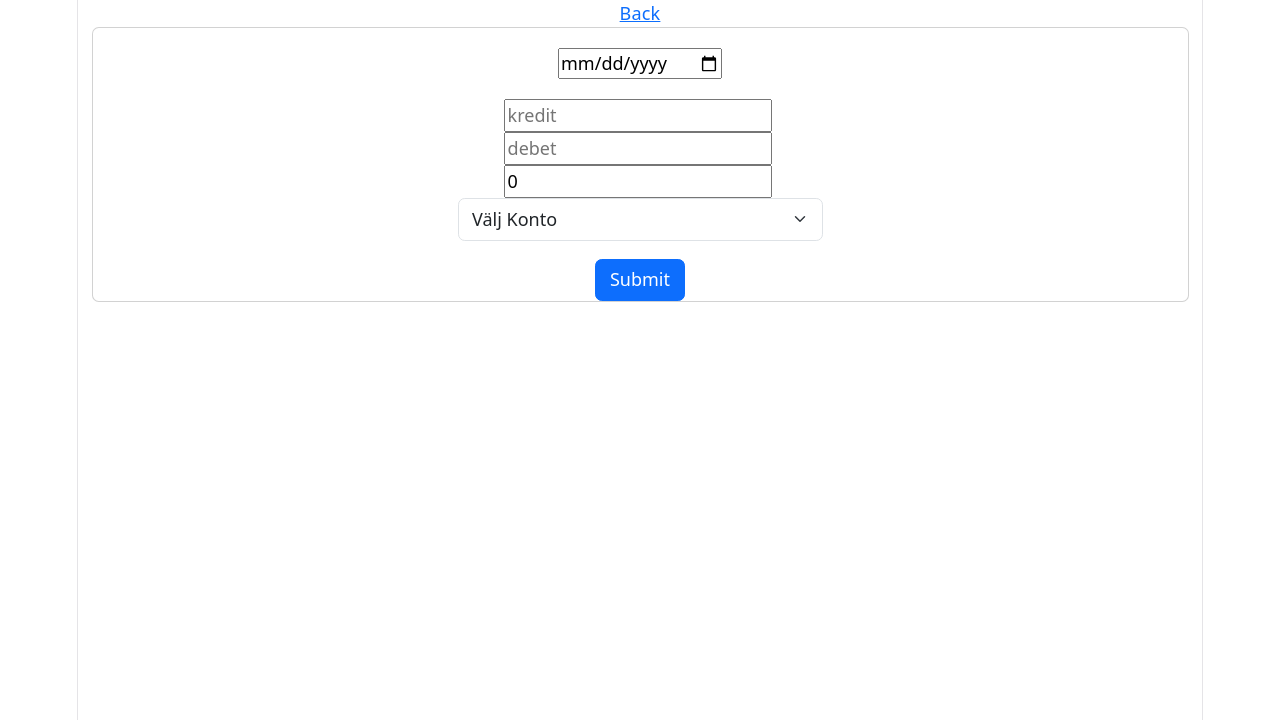
Repository: supply24/kidsaccount
Page: /action
These files come from the project's save history. The page is drawn as it stood at one moment and after the next save; the edit follows.
The browser window is 1280 px wide. The pictures show the whole page.
The page's requests for data from a server got no answer. The project was rebuilt for these pictures with package versions that can differ from the ones it lists, and the page was loaded fresh each time. No one was signed in, and anything a server would have sent is missing. Also part of the build but not shown: vite.config.js, src/App.css, src/App.jsx, src/Homing.jsx, src/Emilia.jsx, src/Alexander.jsx.

Above is the page before, as saved 2026-08-01 05:38:07.

### index.html
<!doctype html>
<html lang="en">
  <head>
    <meta charset="UTF-8" />
    <link rel="icon" type="image/svg+xml" href="/favicon.svg" />
    <meta name="viewport" content="width=device-width, initial-scale=1.0" />
    <title>accounter</title>
    <link
  rel="stylesheet"
  href="https://cdn.jsdelivr.net/npm/bootstrap@5.3.5/dist/css/bootstrap.min.css"
  integrity="sha384-SgOJa3DmI69IUzQ2PVdRZhwQ+dy64/BUtbMJw1MZ8t5HZApcHrRKUc4W0kG879m7"
  crossorigin="anonymous"
/>
  </head>
  <body>
    <div id="root"></div>
    <script type="module" src="/src/main.jsx"></script>
  </body>
</html>

### src/main.jsx
import { StrictMode } from 'react'
import { createRoot } from 'react-dom/client'
import { createBrowserRouter, RouterProvider } from 'react-router-dom'
import './index.css'
import App from './App.jsx'
import Homing from "./Homing.jsx"
import Actions from "./Actions.jsx"
import Emilia from "./Emilia.jsx"
import Alexander from "./Alexander.jsx"

const router = createBrowserRouter ([
{path:"/",
  element:<Homing/>
}  ,
{path:"/action",
  element:<Actions/>
},
{path:"/emlia",
  element:<Emilia/>
},
{path:"/alex",
  element:<Alexander/>
}
])

createRoot(document.getElementById('root')).render(
  <StrictMode>
    <RouterProvider router={router}/>
  </StrictMode>,
)

### src/index.css
:root {
  --text: #6b6375;
  --text-h: #08060d;
  --bg: #fff;
  --border: #e5e4e7;
  --code-bg: #f4f3ec;
  --accent: #aa3bff;
  --accent-bg: rgba(170, 59, 255, 0.1);
  --accent-border: rgba(170, 59, 255, 0.5);
  --social-bg: rgba(244, 243, 236, 0.5);
  --shadow:
    rgba(0, 0, 0, 0.1) 0 10px 15px -3px, rgba(0, 0, 0, 0.05) 0 4px 6px -2px;

  --sans: system-ui, 'Segoe UI', Roboto, sans-serif;
  --heading: system-ui, 'Segoe UI', Roboto, sans-serif;
  --mono: ui-monospace, Consolas, monospace;

  font: 18px/145% var(--sans);
  letter-spacing: 0.18px;
  color-scheme: light dark;
  color: var(--text);
  background: var(--bg);
  font-synthesis: none;
  text-rendering: optimizeLegibility;
  -webkit-font-smoothing: antialiased;
  -moz-osx-font-smoothing: grayscale;

  @media (max-width: 1024px) {
    font-size: 16px;
  }
}

@media (prefers-color-scheme: dark) {
  :root {
    --text: #9ca3af;
    --text-h: #f3f4f6;
    --bg: #16171d;
    --border: #2e303a;
    --code-bg: #1f2028;
    --accent: #c084fc;
    --accent-bg: rgba(192, 132, 252, 0.15);
    --accent-border: rgba(192, 132, 252, 0.5);
    --social-bg: rgba(47, 48, 58, 0.5);
    --shadow:
      rgba(0, 0, 0, 0.4) 0 10px 15px -3px, rgba(0, 0, 0, 0.25) 0 4px 6px -2px;
  }

  #social .button-icon {
    filter: invert(1) brightness(2);
  }
}

body {
  margin: 0;
}

#root {
  width: 1126px;
  max-width: 100%;
  margin: 0 auto;
  text-align: center;
  border-inline: 1px solid var(--border);
  min-height: 100svh;
  display: flex;
  flex-direction: column;
  box-sizing: border-box;
}

h1,
h2 {
  font-family: var(--heading);
  font-weight: 500;
  color: var(--text-h);
}

h1 {
  font-size: 56px;
  letter-spacing: -1.68px;
  margin: 32px 0;
  @media (max-width: 1024px) {
    font-size: 36px;
    margin: 20px 0;
  }
}
h2 {
  font-size: 24px;
  line-height: 118%;
  letter-spacing: -0.24px;
  margin: 0 0 8px;
  @media (max-width: 1024px) {
    font-size: 20px;
  }
}
p {
  margin: 0;
}

code,
.counter {
  font-family: var(--mono);
  display: inline-flex;
  border-radius: 4px;
  color: var(--text-h);
}

code {
  font-size: 15px;
  line-height: 135%;
  padding: 4px 8px;
  background: var(--code-bg);
}

### src/Actions.jsx
import React, {useEffect, useState} from 'react'
import {Col, Row, Button, Form, Container, Card} from "react-bootstrap"
import { createClient } from "@supabase/supabase-js"
import {supabase} from "./data/Export/Supabase.jsx"
import number from "./data/Export/Numbers.jsx"
import {Link} from "react-router-dom"

const Actions = () => {
  const [konto, setKonto]=useState("")
  const [numbers, setNumbers]=useState("")
  const [datetime, setDatetime]=useState("")
  const [kredit, setKredit]=useState("")
  const [debet, setDebet]=useState("")
  const [kontox, setKontox]=useState("")
  const [accounter, setAccounter]=useState("")
  const [ setSumx ]=useState("")

  const handleNumbers =(e)=>{
    setNumbers(e.target.value)
  }

  const handleDatetime=(e)=>{
    setDatetime(e.target.value)
      }

      const handleKredit = (e)=>{
        setKredit(e.target.value)
      }
      const handleDebet = (e)=>{
        setDebet(e.target.value)
      }

      const handleKontox = (e)=>{
        setKontox(e.target.value)
      }
      const handleSumx = (e)=>{
        setSumx(e.target.value)
      }

            const sumx = (debet) - (kredit)

      const payload= [{
    konto :{ kredit, debet, kontox, sumx}, datetime
               }]
      const handleSubmit=async(e)=>{
        e.preventDefault()
          const {data, error} = await supabase.from("Accounting").insert(payload);
          if(error)
            console.error("error yes", error)
            else{
              console.error("konto info", data)
      }}

      useEffect(()=>{
        getCounts()
      },[]
      )

      async function getCounts(){
        const {data, error} = await supabase.from("Accounting").select("*")
        setAccounter(data)
        console.log("konton hämtade", data ? data: "no fetch")
      }

      function Break () {
        return (
          <div style={{marginTop:"20px"}}></div>)
      }



  return (
    <div>
      <Link to="/">Back</Link>

        <Container>



          <Card>
            <Form onSubmit={handleSubmit}>
              <Col md={4} className="mx-auto" style={{marginTop:"20px"}}>
<input type="date" value={datetime} onChange={handleDatetime} /><Break/>
<input type="number" value={kredit} onChange={handleKredit} placeholder='kredit'/>&nbsp;
<input type="number" value={debet} onChange={handleDebet} placeholder='debet'/>&nbsp;
<input type="number" value={sumx} onChange={handleSumx} placeholder='sumx'/>&nbsp;
<Col align="center">
        <Form.Group className="mb-3" controlId="formBasicEmail">
          <Form.Select
          type="dropdown"
          onChange={(e)=>setKontox(e.target.value)}>
            <option value={kontox}>Välj Konto</option>
            {number.map((account)=>(
              <option key={account.id}>{account.kontox}</option>
            ))}
</Form.Select>
        </Form.Group></Col>



        <Button type="submit">Submit</Button></Col>

         </Form> </Card></Container>  </div>
  )
}

export default Actions

### src/data/Export/Supabase.jsx
import React from "react";
import {createClient} from '@supabase/supabase-js'

/*
const supabaseUrl = 'https://rfzavnmxfanengjuapns.supabase.co'
//const supabaseKey = process.env.SUPABASE_KEY
const supabaseKey= "eyJhbGciOiJIUzI1NiIsInR5cCI6IkpXVCJ9.eyJpc3MiOiJzdXBhYmFzZSIsInJlZiI6InJmemF2bm14ZmFuZW5nanVhcG5zIiwicm9sZSI6ImFub24iLCJpYXQiOjE3ODQ3NzUzMzMsImV4cCI6MjEwMDM1MTMzM30.uY-HxfNB9RcQpFpu75w03NXVAMYMurzfTEnpVtIfYG8"
const supabase = createClient(supabaseUrl, supabaseKey)
*/

export const supabase = createClient(
    import.meta.env.VITE_SUPABASE_URL,
    import.meta.env.VITE_SUPABASE_PUBLISHABLE_DEFAULT_KEY
)

### src/data/Export/Numbers.jsx
const number = [
    {id:"101", kontox:"128", debet:"", kredit:""},
    {id:"201", kontox:"199",  debet:"", kredit:""},
       {id:"301", kontox:"112",  debet:"", kredit:""},
           {id:"501", kontox:"562",  debet:"", kredit:""}
]

export default number

After the next save:
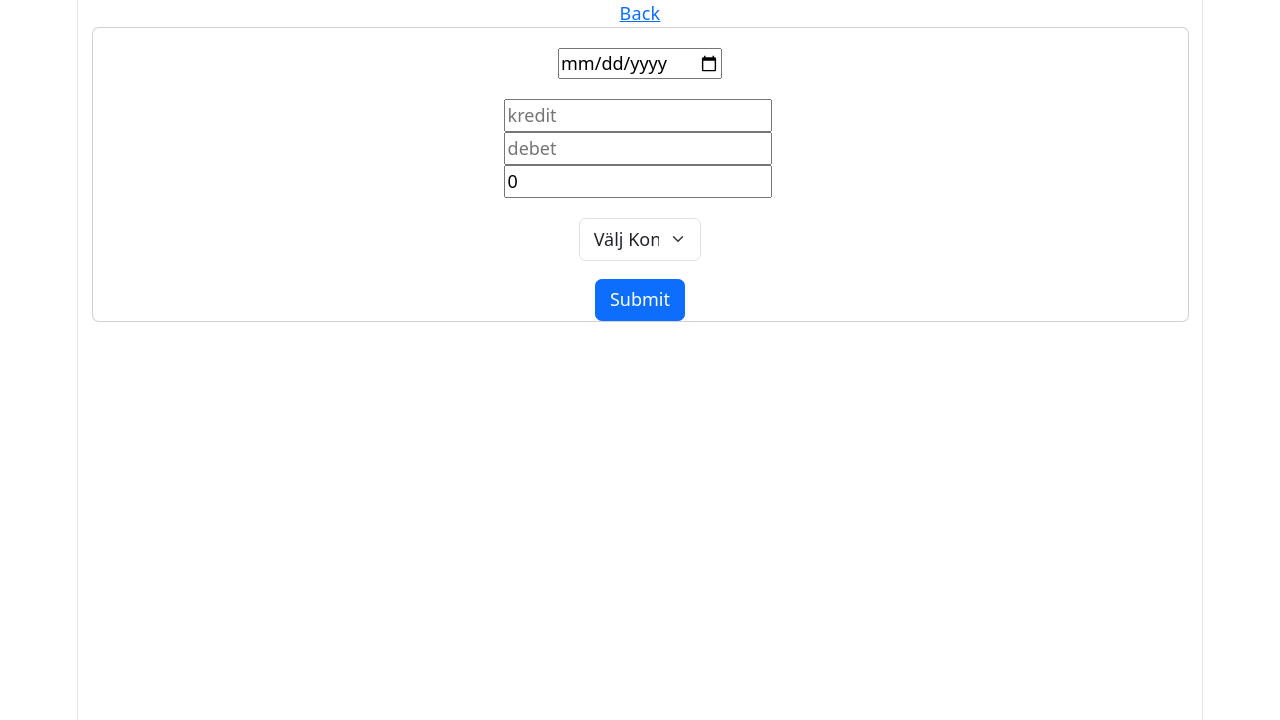
Saved 25 s later.
--- a/src/Actions.jsx
+++ b/src/Actions.jsx
@@ -84,7 +84,7 @@ const Actions = () => {
 <input type="number" value={kredit} onChange={handleKredit} placeholder='kredit'/>&nbsp;
 <input type="number" value={debet} onChange={handleDebet} placeholder='debet'/>&nbsp;
 <input type="number" value={sumx} onChange={handleSumx} placeholder='sumx'/>&nbsp;
-<Col align="center">
+<Col align="center" md  ={4} className="mx-auto" style={{marginTop:"20px"}}>
         <Form.Group className="mb-3" controlId="formBasicEmail">
           <Form.Select
           type="dropdown"
